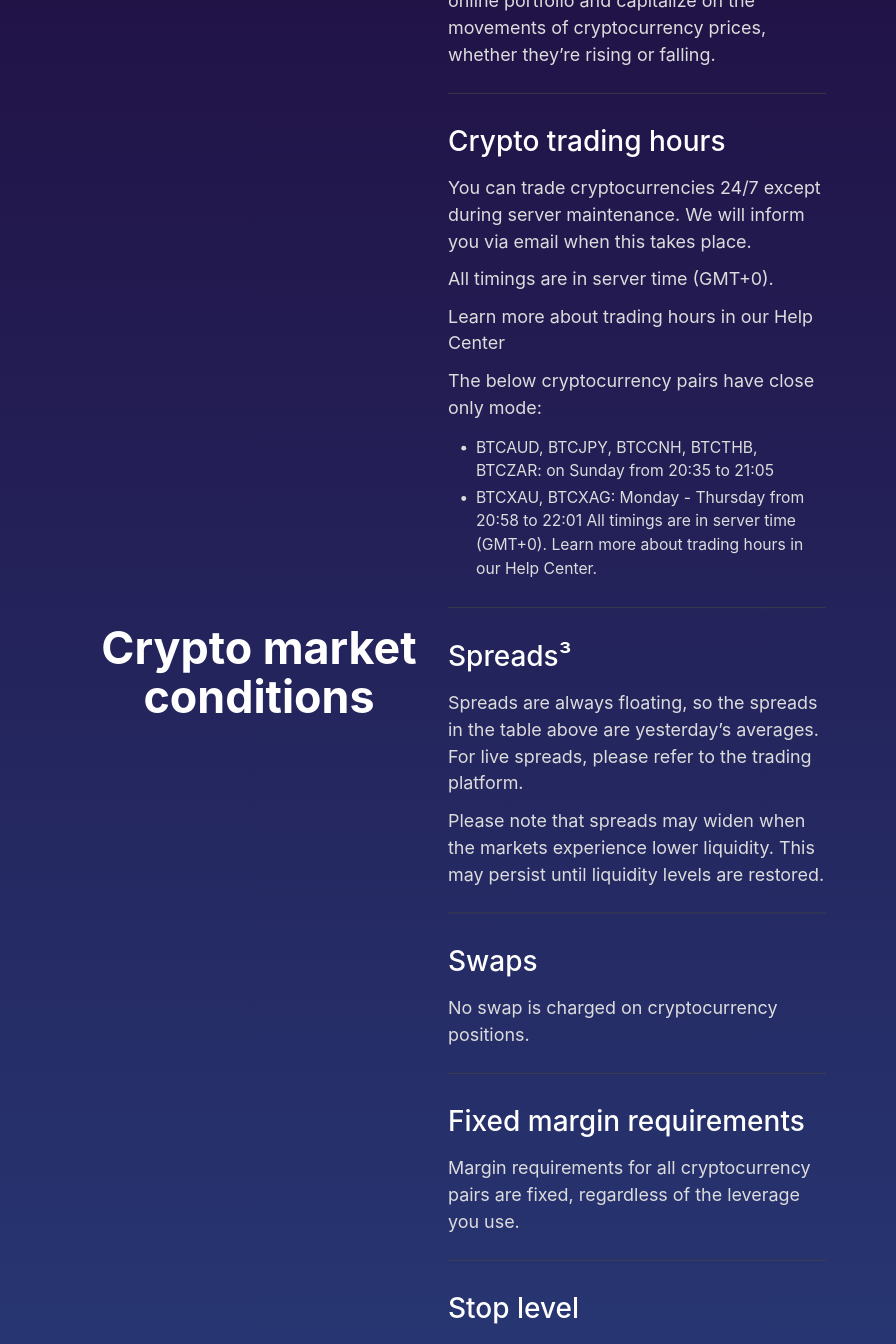
Repository: RevenewMarketing/Assex
Page: /atc
These files come from the project's save history. The page is drawn as it stood at one moment and after the next save; the edit follows.
The browser window is 1280 px wide. The pictures show the part of the page from y = 2184 to 4104 px (the page is 6074 px tall), at 70% of full size.
The project was rebuilt for these pictures with package versions that can differ from the ones it lists, and the page was loaded fresh each time. Also part of the build but not shown: vite.config.ts, src/pages/home/sections/HeroSection.module.css, src/pages/home/sections/HeroSection.tsx, src/pages/home/sections/Section2.tsx, src/pages/home/sections/Section3.tsx, src/pages/home/sections/Section4.tsx, src/pages/home/sections/Section5.tsx, src/pages/home/sections/Section6.tsx and 19 more.

Above is the page before, as saved 2024-11-29 11:24:39.

After the next save:
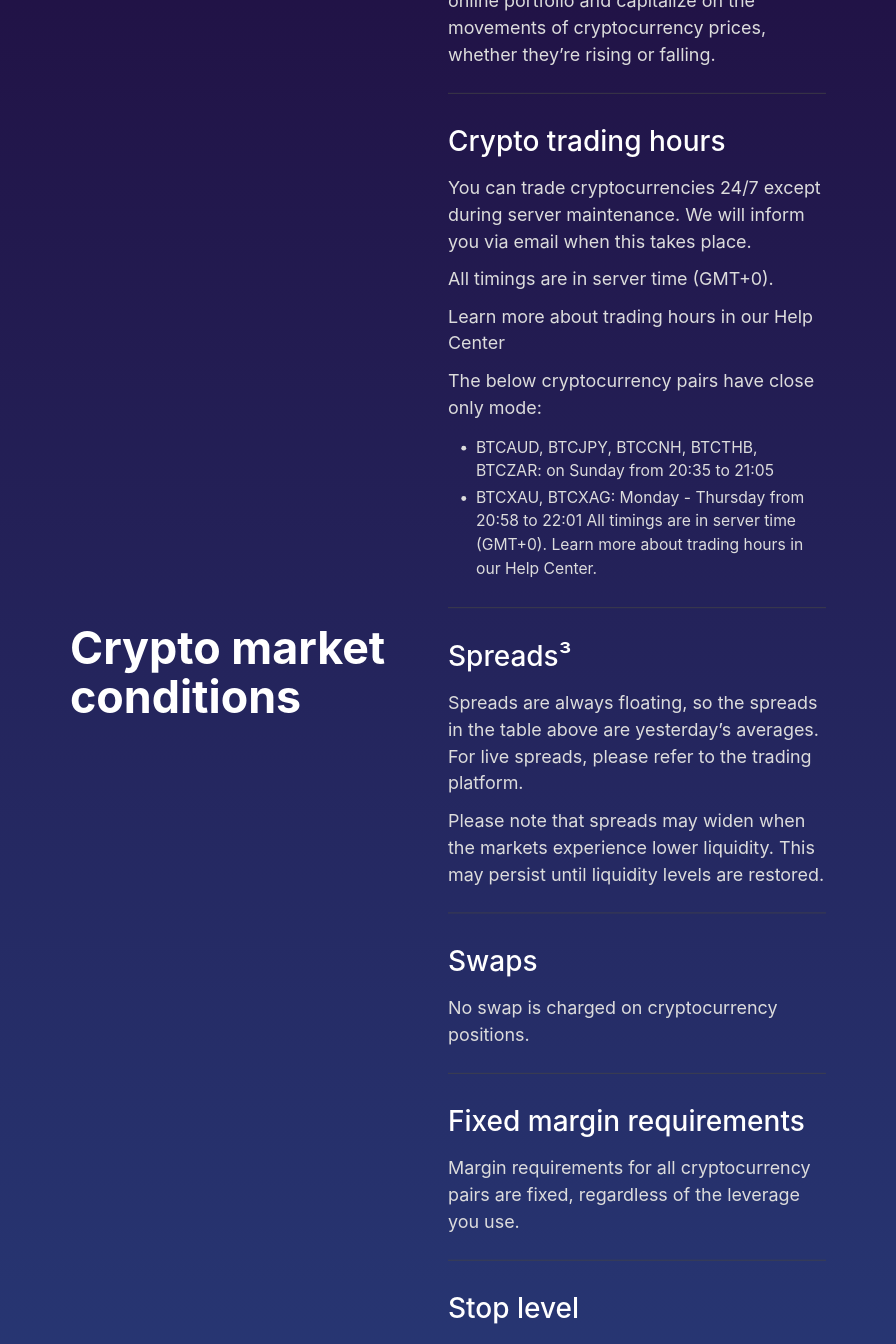
Saved 27 s later.
--- a/src/pages/account_type_crypto/sections/Section4.module.css
+++ b/src/pages/account_type_crypto/sections/Section4.module.css
@@ -23,7 +23,7 @@
   color: #ffffff;
   margin-bottom: 30px;
   width: 100%; /* Full width on smaller screens */
-  text-align: center; /* Centered for better layout */
+  text-align: left; /* Centered for better layout */
 }
 
 .content {
